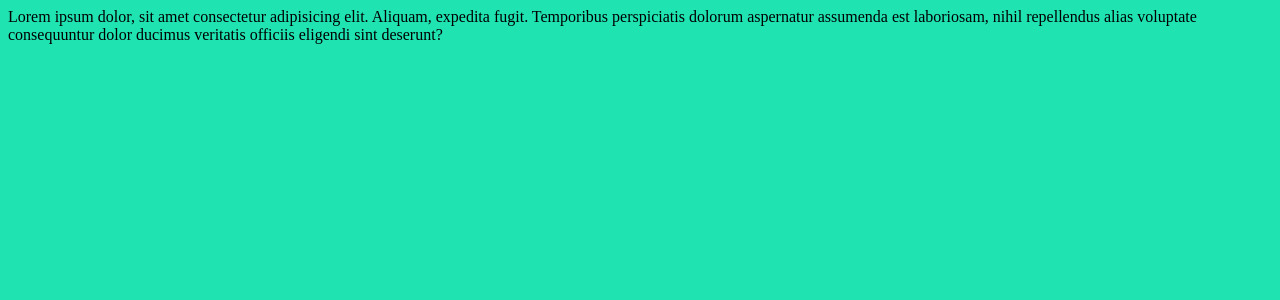
Repository: ducquanpham/covid-test_sass
Page: sass/index.html
An editor plug-in stored every save of this project. The page is shown before and after the next save, followed by the edit.
The browser window is 1280 px wide. The pictures show the whole page.

Above is the page before, as saved 2021-11-11 15:48:32.

### sass/index.html
<!DOCTYPE html>
<html lang="en">
<head>
    <meta charset="UTF-8">
    <meta http-equiv="X-UA-Compatible" content="IE=edge">
    <meta name="viewport" content="width=device-width, initial-scale=1.0">
    <title>COVID-19 </title>
    <link rel="stylesheet" href="./style.css">
    <link rel="stylesheet" href="./reset.css">
    <link rel="stylesheet" href="./style.css.map">
</head>
<body>
    Lorem ipsum dolor, sit amet consectetur adipisicing elit. Aliquam, expedita fugit. Temporibus perspiciatis dolorum aspernatur assumenda est laboriosam, nihil repellendus alias voluptate consequuntur dolor ducimus veritatis officiis eligendi sint deserunt?
</body>
</html>

### sass/style.css
body {
  background-color: #20e3b2;
}

Loaded but not shown: sass/reset.css (no stored copy; drawn as an empty file)

After the next save:
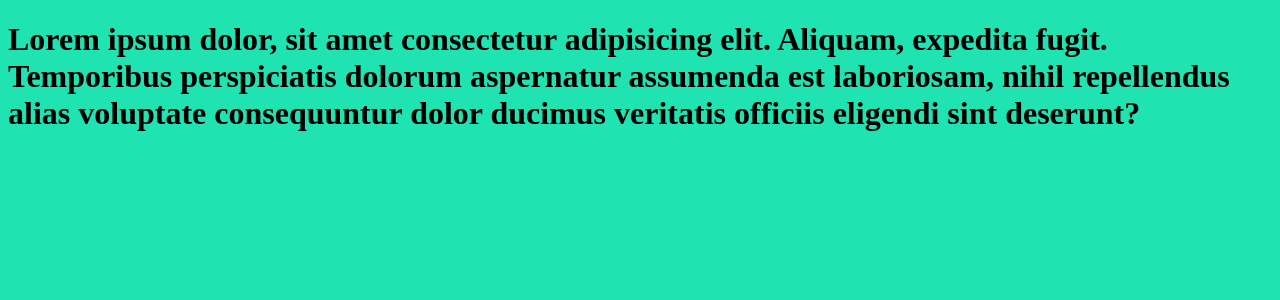
Saved 19 s later.
--- a/sass/index.html
+++ b/sass/index.html
@@ -10,6 +10,9 @@
     <link rel="stylesheet" href="./style.css.map">
 </head>
 <body>
-    Lorem ipsum dolor, sit amet consectetur adipisicing elit. Aliquam, expedita fugit. Temporibus perspiciatis dolorum aspernatur assumenda est laboriosam, nihil repellendus alias voluptate consequuntur dolor ducimus veritatis officiis eligendi sint deserunt?
+    <h1>
+
+        Lorem ipsum dolor, sit amet consectetur adipisicing elit. Aliquam, expedita fugit. Temporibus perspiciatis dolorum aspernatur assumenda est laboriosam, nihil repellendus alias voluptate consequuntur dolor ducimus veritatis officiis eligendi sint deserunt?
+    </h1>
 </body>
 </html>
